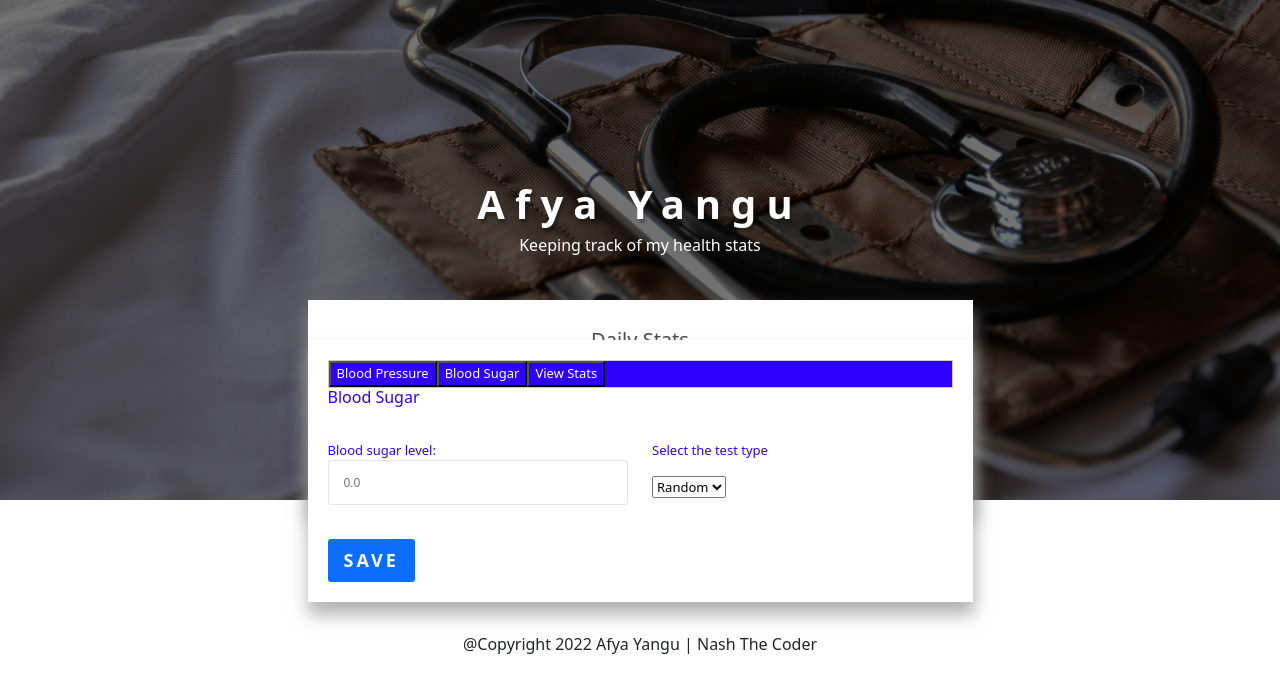
Repository: nashthecoder/afya_yangu
Page: / (app in client/)
The author's editor kept a copy of each file at every save. The page is drawn from the files as they stood at one save, then again after the next save.
The browser window is 1280 px wide. The pictures show the whole page.
The project was rebuilt for these pictures with package versions that can differ from the ones it lists, and the page was loaded fresh each time.

Above is the page before, as saved 2022-03-17 08:55:29.

### client/public/index.html
<!DOCTYPE html>
<html lang="en">
  <head>
    <meta charset="utf-8" />
    <link rel="icon" href="%PUBLIC_URL%/favicon.ico" />
    <meta name="viewport" content="width=device-width, initial-scale=1" />
    <meta name="theme-color" content="#000000" />
    <meta
      name="description"
      content="Web site created using create-react-app"
    />
    <link rel="apple-touch-icon" href="%PUBLIC_URL%/logo192.png" />
    <!--
      manifest.json provides metadata used when your web app is installed on a
      user's mobile device or desktop. See https://developers.google.com/web/fundamentals/web-app-manifest/
    -->
    <link rel="manifest" href="%PUBLIC_URL%/manifest.json" />
    <!--
      Notice the use of %PUBLIC_URL% in the tags above.
      It will be replaced with the URL of the `public` folder during the build.
      Only files inside the `public` folder can be referenced from the HTML.

      Unlike "/favicon.ico" or "favicon.ico", "%PUBLIC_URL%/favicon.ico" will
      work correctly both with client-side routing and a non-root public URL.
      Learn how to configure a non-root public URL by running `npm run build`.
    -->
    <title>Afya Yangu</title>
  </head>
  <body>
    <noscript>You need to enable JavaScript to run this app.</noscript>
    <div id="root"></div>
    <!--
      This HTML file is a template.
      If you open it directly in the browser, you will see an empty page.

      You can add webfonts, meta tags, or analytics to this file.
      The build step will place the bundled scripts into the <body> tag.

      To begin the development, run `npm start` or `yarn start`.
      To create a production bundle, use `npm run build` or `yarn build`.
    -->
  </body>
</html>

### client/src/index.js
import React from 'react';
import ReactDOM from 'react-dom';
import App from './App';
import reportWebVitals from './reportWebVitals';
import '../src/style.scss';

ReactDOM.render(
  <React.StrictMode>
    <App />
  </React.StrictMode>,
  document.getElementById('root')
);

// If you want to start measuring performance in your app, pass a function
// to log results (for example: reportWebVitals(console.log))
// or send to an analytics endpoint. Learn more: https://bit.ly/CRA-vitals
reportWebVitals();

### client/src/App.js
import React from 'react'
import Banner from './components/Banner'
import Header from './components/Header'
import Form from './components/Form'
import Footer from './components/Footer'
function App() {
  return (
    <div className="App">
      <Banner />
      <Header />
      <Form />
      <Footer />
    </div>
  );
}

export default App;

### client/src/style.scss
@import '../node_modules/bootstrap/scss/bootstrap.scss';
/*********************************************/
/*             GENERAL CSS              */
/*********************************************/

body {
    width: 100%;
    position: relative;
}

p.main-form-text {
    font-size: 20px !important;
    font-weight: 500;
    color: #494949;
}

h3 {
    font-size: 40px;
    letter-spacing: 10px;
    font-weight: bold;
}

h4 {
    font-size: 16px;
}

img {
    width: 100%;
    height: 100%;
}

form {
    position: relative;
}

/*********************************************/
/*              UTILITY CSS             */
/*********************************************/

input,
input.form-control {
    color: #222;
    font-size: 12px;
    background: $white;
    padding: 0 15px;
    width: 100%;
    height: 45px;
    line-height: 46px;
    outline: none;
    border: 1px solid #e5e5e5;
    border-radius: 3px;
    box-shadow: none;
    transition: all 0.3s;
}

.btn-primary {
    font-weight: 600;
    font-size: 18px;
    cursor: pointer;
    display: inline-block;
    text-transform: uppercase;
    border: none;
    color: $white;
    border-radius: 3px;
    transition: all 0.3s;
    letter-spacing: 3px;
}

.btn-primary:hover,
.btn-primary:focus {
    background-color: #2b2b2b;
}

.banner {
    background-image: url("./images/bg.jpg");
    min-height: 500px;
    padding: 40px 0px;
    position: relative;
    background-position: center center;
    background-size: cover;
    background-repeat: no-repeat;
}

.banner::before {
    content: "";
    width: 100%;
    height: 100%;
    opacity: 0.5;
    background-color: #000;
    position: absolute;
    top: 0;
}

.brand {
    text-shadow: 2px 4px 3px rgba(0, 0, 0, 0.3);
}

.caption-text {
    margin-top: 130px;
    color: $white;
    position: relative;
}

/*********************************************/
/*              BANNER CSS              */
/*********************************************/

.banner {
    background-image: url("./images/bg.jpg");
    min-height: 500px;
    padding: 40px 0px;
    position: relative;
    background-position: center center;
    background-size: cover;
    background-repeat: no-repeat;
}

.banner::before {
    content: "";
    width: 100%;
    height: 100%;
    opacity: 0.5;
    background-color: #000;
    position: absolute;
    top: 0;
}

.brand {
    text-shadow: 2px 4px 3px rgba(0, 0, 0, 0.3);
}

.caption-text {
    margin-top: 130px;
    color: $white;
    position: relative;
}

/*********************************************/
/*              FORM CSS                "/
/*********************************************/

.form-box #box-title {
    position: relative;
    padding: 10px;
    text-align: center;
}

.form-box #box-title p {
    margin-bottom: 0;
    font-size: 14px;
}

.fill-form {
    position: relative;
    margin: -210px auto 0px auto;
    box-shadow: 1px 12px 16px 1px rgba(153, 153, 153, 0.75);
    -webkit-box-shadow: 1px 12px 16px 1px rgba(153, 153, 153, 0.75);
    -moz-box-shadow: 1px 12px 16px 1px rgba(153, 153, 153, 0.75);
}

.fill-form .form-box__content {
    padding: 20px;
    margin-bottom: 30px;
    background-color: $white;
}

.row {
    padding-top: 10px;
    color: rgb(47, 0, 255);
    font-size: small;
}

.radio-button {
    font: 1rem 'Fira Sans', sans-serif;
}

.radio-button input {
    margin: .4rem;
}


/*********************************************/
/*              TAB CSS                  "/
/*********************************************/
.tab {
    overflow:hidden;
    border: 1px solid #ccc;
    background-color: rgb(47, 0, 255);
}

.tab button {
    background-color: inherit;
    color: #fff;
}

.tabcontent {
    display: none;
    padding: 6px 12px;
    border: 1px solid #ccc;
    border-top: none;
}
/*********************************************/
/*               FOOTER CSS                  "/
/*********************************************/

footer p {
    margin: 55px 0px 60px 0px;
    padding-top: 20px;
    font-size: 17px;
    font-weight: 600;
    color: transparent;
    -webkit-background-clip: text;
    -moz-background-clip: text;
    background-clip: text;
}


/*********************************************/
/*              MEDIA QUERIES CSS           "/
/*********************************************/

@media only screen and (min-width: 994px) and (max-width: 1398px) and (-webkit-min-device-pixel-ratio: 1) {
    .form-box #box-title {
        padding: 5px 20px 20px 20px;
    }
}

@media only screen and (min-width: 767px) and (max-width: 1196px) and (-webkit-min-device-pixel-ratio: 1) {
    .form-box #box-title {
        padding: 0px;
    }
    .fill-form .form-box__content {
        padding: 50px 50px 60px 50px;
    }
}

@media only screen and (min-width: 500px) and (max-width: 766px) and (-webkit-min-device-pixel-ratio: 1) {
    .form-box #box-title {
        padding: 0px;
    }
    .fill-form .form-box__content {
        padding: 50px 50px 60px 50px;
    }
    h3.brand {
        font-size: 30px;
    }
    .caption-text h4 {
        font-size: 14px;
    }
    .caption-text {
        margin-top: 110px;
    }
    footer {
        margin-bottom: 30px;
    }
    .form-box__img {
        display: none;
    }
}

@media only screen and (min-width: 360px) and (max-width: 499px) and (-webkit-min-device-pixel-ratio: 1) {
    .caption-text {
        margin-top: 30px;
    }
    h3.brand {
        font-size: 19px;
    }
    .banner {
        min-height: 400px;
    }
    .form-box__img {
        display: none;
    }
    footer {
        margin-bottom: 10px;
    }
}

@media only screen and (max-width: 359px) {
    .caption-text {
        margin-top: 30px;
    }
    h3.brand {
        font-size: 17px;
    }
    .caption-text h4 {
        font-size: 12px;
    }
    .banner {
        min-height: 400px;
    }
    .form-box__img {
        display: none;
    }
    .form-box #box-title {
        padding: 0px 30px 30px;
    }
}

### client/src/components/Banner.js
import React from 'react'

const Banner = () => {
    return (
        <>
        <header>
            <div className="banner">
                <div className="container">
                    <div className="row">
                        <div className="col-lg-9 offset-lg-3 mx-auto">
                            <div className="caption-text text-center">
                                <h3 className="brand">Afya Yangu</h3>
                                <h4> Keeping track of my health stats</h4>
                            </div>
                        </div>
                    </div>
                </div>
            </div>
        </header>
        </>
    )
}

export default Banner

### client/src/components/Header.js
import React from 'react'

const Header = () => {
    return (
        <>
        <section>
            <div className="container">
                <div className="row">
                <div className="col-lg-7 offset-lg-2 g-0 mx-auto">
                    <div className="fill-form form-box">
                            <div className="form-box__content">
                            <div id="box-title">
                                <p className="main-form-text">Daily Stats</p>
                            </div>
                            <div className="top-container row-cols-2">
                                <label for="date">Date:</label>
                                <input className="col-3 mt-3" type="date" id="date" name="date" />
                            <label for="test">Select a time:</label>
                                    <select className="col-3 mt-3 p-2"type="time" id="test" name="test">
                                        <option selected>Morning</option>
                                        <option>Evening</option>
                                    </select>
                                </div>
                            </div>
                        </div>
                    </div>
                </div>
                </div>
        </section>
        </>
    )
}

export default Header

### client/src/components/Form.js
import React from 'react'

const Form = () => {
    return (
        <>
        <section>
            <div className="container">
                <div className="row">
                <div className="col-lg-7 offset-lg-2 g-0 mx-auto">
                    <div className="fill-form form-box">
                            <div className="form-box__content">
                                <div className="tab">
                                    <button className="tablinks">Blood Pressure</button>
                                    <button className="tablinks">Blood Sugar</button>
                                    <button className="tablinks">View Stats</button>
                                </div>


                                <h4>Blood Sugar</h4>
                                <form>
                                    <div class="row row-cols-2">
                                    <div className=" col-6 mt-3">
                                        <label for="bloodSugar-level">Blood sugar level:</label>
                                        <input
                                            class="form-control"
                                            id="bloodSugar-level"
                                            name="bloodSugar-level"
                                            type="number"
                                            step='0.1'
                                            placeholder='0.0'
                                        />
                                    </div>
                                    <div className="mt-3">
                                        <p>Select the test type</p>
                                        <select id="simple" name="simple">
                                            <option selected>Random</option>
                                            <option>Fasted</option>
                                        </select>
                                    </div>
                                    </div>
                                    <div className="d-grid mt-4">
                                    <div class="container">
                                        <div class="row">
                                            <div class="col">
                                                <button class="btn btn-primary btn-lg" type="submit" value="save">
                                                    Save
                                                </button>
                                            </div>
                                        </div>
                                    </div>
                                    </div>
                                </form>
                            </div>
                        </div>
                    </div>
                </div>
                </div>
        </section>
        </>
    )
}

export default Form

### client/src/components/Footer.js
import React from 'react'

const Footer = () => {
    return (
        <>
        <div>
            <p className="footer text-center">@Copyright 2022 Afya Yangu | Nash The Coder</p>
        </div>
        </>
    )
}

export default Footer

Loaded but not shown: client/src/reportWebVitals.js (common file)

After the next save:
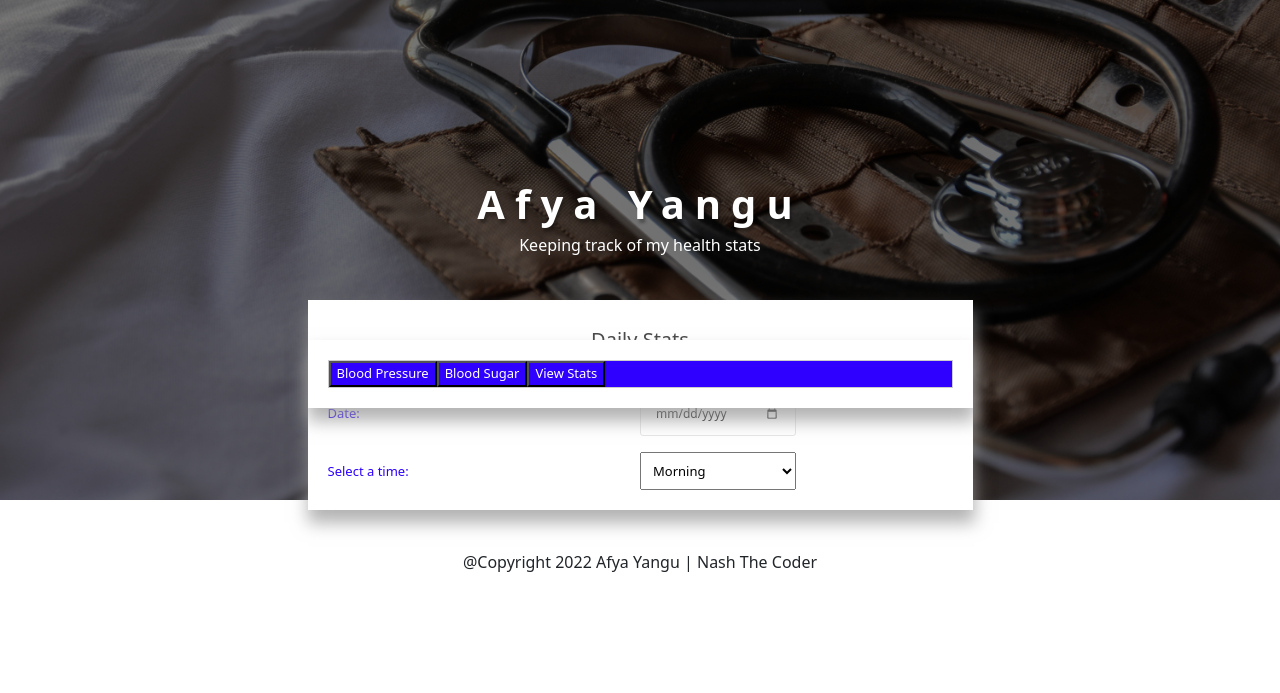
Saved 13 s later.
--- a/client/src/components/Form.js
+++ b/client/src/components/Form.js
@@ -14,42 +14,6 @@ const Form = () => {
                                     <button className="tablinks">Blood Sugar</button>
                                     <button className="tablinks">View Stats</button>
                                 </div>
-
-
-                                <h4>Blood Sugar</h4>
-                                <form>
-                                    <div class="row row-cols-2">
-                                    <div className=" col-6 mt-3">
-                                        <label for="bloodSugar-level">Blood sugar level:</label>
-                                        <input
-                                            class="form-control"
-                                            id="bloodSugar-level"
-                                            name="bloodSugar-level"
-                                            type="number"
-                                            step='0.1'
-                                            placeholder='0.0'
-                                        />
-                                    </div>
-                                    <div className="mt-3">
-                                        <p>Select the test type</p>
-                                        <select id="simple" name="simple">
-                                            <option selected>Random</option>
-                                            <option>Fasted</option>
-                                        </select>
-                                    </div>
-                                    </div>
-                                    <div className="d-grid mt-4">
-                                    <div class="container">
-                                        <div class="row">
-                                            <div class="col">
-                                                <button class="btn btn-primary btn-lg" type="submit" value="save">
-                                                    Save
-                                                </button>
-                                            </div>
-                                        </div>
-                                    </div>
-                                    </div>
-                                </form>
                             </div>
                         </div>
                     </div>
